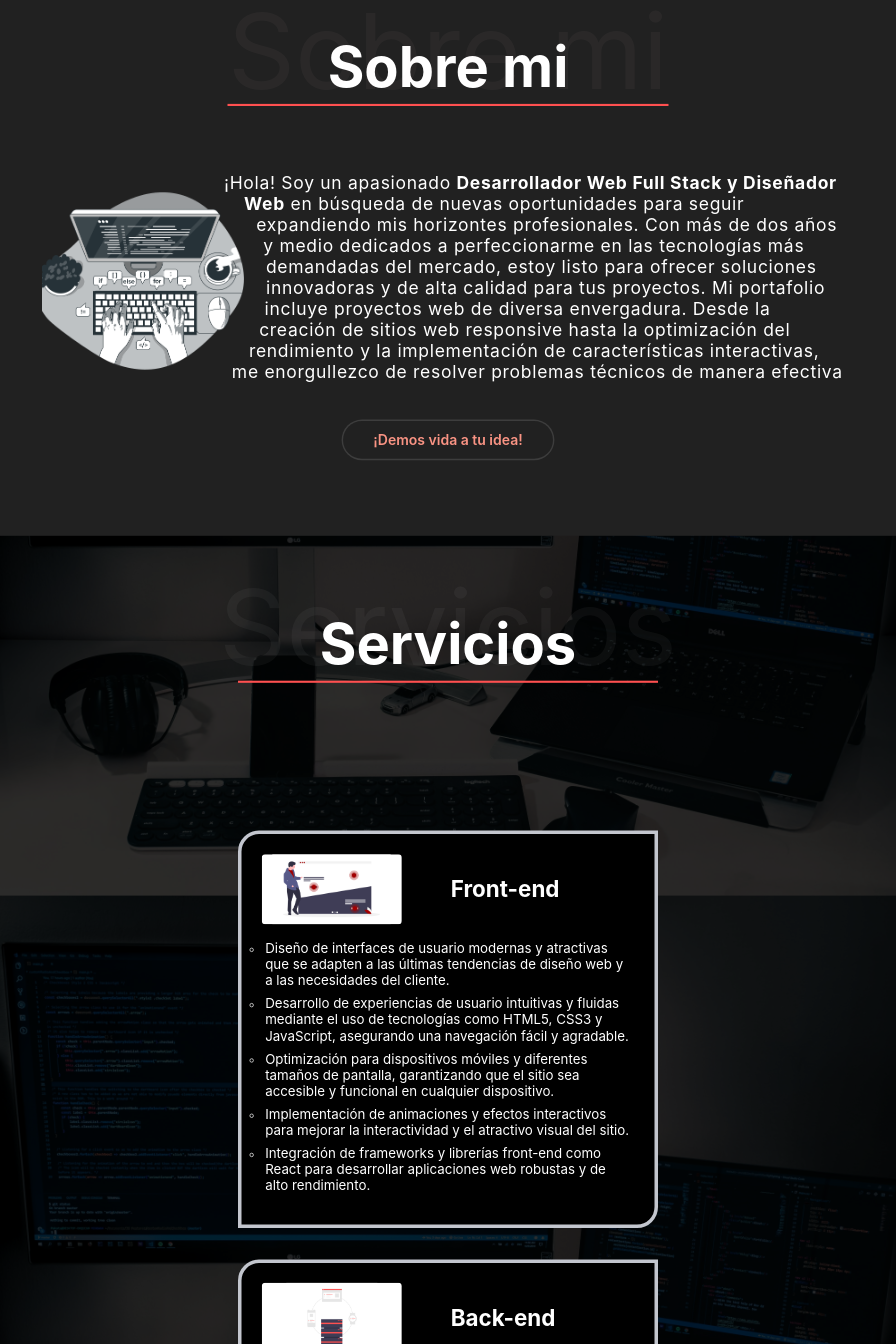
Repository: DamianBermudez94/DB-Porfolio
Page: /
The author's editor kept a copy of each file at every save. The page is drawn from the files as they stood at one save, then again after a run of saves.
The browser window is 1280 px wide. The pictures show the part of the page from y = 769 to 2689 px (the page is 5872 px tall before and 5962 px after), at 70% of full size.
Backgrounds fixed to the window are drawn as part of the page. Some web libraries are served in a nearby version. The project was rebuilt for these pictures with package versions that can differ from the ones it lists, and the page was loaded fresh each time. Also part of the build but not shown: vite.config.js, src/components/Conocimientos/styles.css, src/components/Conocimientos/Conocimientos.jsx, src/pages/AcerdaDe.jsx, src/components/Contacto/styles.css, src/components/Contacto/Contact.jsx, src/pages/contacto.jsx, src/data/trabajos.js and 4 more.

Above is the page before, as saved 2024-04-02 10:17:31.

### index.html
<!DOCTYPE html>
<html lang="es">
  <head>
    <meta charset="utf-8" />
    <meta name="viewport" content="width=device-width, initial-scale=1" />
    <meta name="geo.position" content="-35.1853171; -59.1479442" />
    <link
      rel="icon"
      type="image/png"
      sizes="32x32"
      href="./public/image/icons-favicon-DB.png"
    />
    <link
      rel="apple-touch-icon"
      type="image/png"
      sizes="32x32"
      href="./public/image/icons-favicon-DB.png"
    />

    <link rel="manifest" href="./src/manifiesto.json" />
    <title>Damián Bermúdez - Developer</title>
    <meta name="author" content="Damián Bermúdez" />
    <meta
      name="description"
      content="Desarrollador Web Full Stack - Diseñador Web - Paginás Web - Damián Bermúdez"
    />
    <meta name="theme-color" content="#000000" />
    <!--Estilos-->
    <script
      src="https://kit.fontawesome.com/bdbed0aafa.js"
      crossorigin="anonymous"
    ></script>
    <link rel="preconnect" href="https://fonts.gstatic.com" />
    <link rel="preconnect" href="https://fonts.gstatic.com" />
    <link rel="preconnect" href="https://fonts.gstatic.com" />
    <link rel="preconnect" href="https://fonts.gstatic.com" />
    <link
      href="https://fonts.googleapis.com/css2?family=Raleway:wght@200;300&family=Roboto:wght@100;300&display=swap"
      rel="stylesheet"
    />
  </head>
  <body>
    <div id="root"></div>
    <script type="module" defer src="/src/main.jsx"></script>
  </body>
</html>

### src/main.jsx
import ReactDOM from "react-dom/client";

import App from "./App";
import "./index.css";
const root = ReactDOM.createRoot(document.getElementById("root"));
root.render(<App />);

### src/App.jsx
import { useState, useEffect } from "react";
import { MisRutas } from "./routers/MisRutas";
import { BrowserRouter } from "react-router-dom";
import backgroundImage from "../public/image/banner-parallax2.jpg";
import "./App.css";
function App() {
  const [scrollPosition, setScrollPosition] = useState(0);

  useEffect(() => {
    const handleScroll = () => {
      setScrollPosition(window.pageYOffset);
    };

    window.addEventListener("scroll", handleScroll);

    return () => {
      window.removeEventListener("scroll", handleScroll);
    };
  }, []);

  return (
    <main className="content-main parallax-container">
      <div
        className="parallax-background"
        style={{
          backgroundImage: `url(${backgroundImage})`,
          backgroundPositionY: scrollPosition / 2 + "px",
        }}
      />
      <div className="parallax-content">
        <BrowserRouter>
          <MisRutas />
        </BrowserRouter>
      </div>
    </main>
  );
}

export default App;

### src/index.css
* {
  margin: 0;
  padding: 0;
  box-sizing: border-box;
}
body {
  font-family: -apple-system, BlinkMacSystemFont, "Segoe UI", "Roboto", "Oxygen",
    "Ubuntu", "Cantarell", "Fira Sans", "Droid Sans", "Helvetica Neue",
    sans-serif;
  -webkit-font-smoothing: antialiased;
  -moz-osx-font-smoothing: grayscale;
}

### src/routers/MisRutas.jsx
import {Routes, Route } from "react-router-dom";

import { Inicio } from "../pages/Inicio";
/*import { Servicios } from "../pages/Servicios";*/
import { AcerdaDe } from "../pages/AcerdaDe";
import { Contacto } from "../pages/contacto";
import { Proyectos } from "../pages/Proyecto";
import { Error } from "../components/Error";
import { NavHeader } from "../components/header/NavHeader";
import { Footer } from "../components/Footer/Footer";

export const MisRutas = () => {
  return (
    <div className="layout">
      {/*Header y navegacion*/}
      <NavHeader />
      {/*Contenido general*/}

      <Routes>
        <Route path="/" element={<Inicio />} />
        <Route path="/inicio" element={<Inicio />} />
        <Route path="/conocimientos" element={<AcerdaDe />} />
        <Route path="/contacto" element={<Contacto />} />
        <Route path="/proyecto" element={<Proyectos />} />
        <Route path="*" element={<Error />} />
      </Routes>

      {/* Footer*/}
      <Footer />
    </div>
  );
};

### src/App.css
.parallax-container {
  position: relative;
  overflow: hidden;
  color: #fff;


}
.parallax-background {
  position: absolute;
  top: 0;
  left: 0;
  width: 100%;
  height: 100%;
  background-size: cover;
  background-position: center;
  background-attachment: fixed;

}
.parallax-content {
 /* Agregamos una transición para suavizar la animación */
  padding-top: 150px;
  background-color: rgba(0, 0, 0, 0.8);
  position: relative;
  z-index: 1; /* Asegura que el contenido esté sobre la imagen de fondo */
}

### src/pages/Inicio.jsx
import { Home } from "../components/Home/Home";
export const Inicio = () => {
  return (
    <section>
      <Home />
    </section>
  );
};

### src/components/header/NavHeader.jsx
import { useState, useEffect } from "react";
import { NavLink } from "react-router-dom";
import "./NavHeader.css";
import BurguerButton from "./burgerButton";

export const NavHeader = () => {
  const [clicked, setClicked] = useState(false);
  const [scrolled, setScrolled] = useState(false);
  const handleClick = () => {
    //cuando esta true lo pasa a false y vice versa
    setClicked(!clicked);
  };
  useEffect(() => {
    const handleScroll = () => {
      if (window.scrollY > 50) {
        setScrolled(true);
      } else {
        setScrolled(false);
      }
    };

    window.addEventListener("scroll", handleScroll);

    // Limpiar el event listener en el desmontaje del componente
    return () => {
      window.removeEventListener("scroll", handleScroll);
    };
  }, []);

  return (
    <header className={`header ${scrolled ? "scrolled" : ""}`}>
      <div className="nav-content">
        <div className="logo">
          <NavLink to="/inicio">
            <img
              src={"/image/Logo-DB.png"}
              alt="Damian Bermudez desarrollador web"
            ></img>
          </NavLink>
        </div>

        <BurguerButton
          className="btn-menu"
          clicked={clicked}
          handleClick={handleClick}
        />
        <nav className={`menu ${clicked ? "active" : ""}`}>
          <ul>
            <li>
              <NavLink
                to="/inicio"
                onClick={handleClick}
                className={({ isActive }) => (isActive ? "active" : "")}
              >
                Inicio
              </NavLink>
            </li>
            <li>
              <NavLink
                to="/proyecto"
                onClick={handleClick}
                className={({ isActive }) => (isActive ? "active" : "")}
              >
                proyectos
              </NavLink>
            </li>
            <li>
              <NavLink
                to="/conocimientos"
                onClick={handleClick}
                className={({ isActive }) => (isActive ? "active" : "")}
              >
                conocimientos
              </NavLink>
            </li>
            <li>
              <NavLink
                to="/contacto"
                onClick={handleClick}
                className={({ isActive }) => (isActive ? "active" : "")}
              >
                contacto
              </NavLink>
            </li>
          </ul>
        </nav>
      </div>
    </header>
  );
};

### src/components/Footer/Footer.jsx

import './Footer.css'
export const Footer = () => {
  return (
    <footer className="footer">
      <div className="contenedor-footer container">
          <div className="footer-redes__sociales">
              <a href="https://www.facebook.com" className="link-redes_sociales" ><i className="fab fa-facebook facebook"></i></a>
              <a href="https://www.instagram.com" className="link-redes_sociales" ><i className="fab fa-instagram instagran"></i></a>
              <a href="https://www.linkedin.com" className="link-redes_sociales" ><i className="fab fa-linkedin linkedin"></i></a>
              <a href="https:/www.github.com" className="link-redes_sociales" ><i className="fab fa-github-square github"></i></a>
          </div>
          <hr className='footer-linea__separacion' />
          <div className="footer-text">
              <p className="title-copy">Hecho por<a className="title-footer" href="https://damianbermudezdev.es/">DB|WEB</a></p>
          </div>
      </div>
    </footer>
  )
}

### src/components/header/burgerButton.jsx
/* eslint-disable react/prop-types */

import styled from "styled-components";

function BurguerButton(props) {
  return (
    <Burguer>
      <div
        onClick={props.handleClick}
        className={`btn-menu nav-icon-5 ${props.clicked ? "open" : ""}`}
      >
        <span></span>
        <span></span>
        <span></span>
      </div>
    </Burguer>
  );
}

export default BurguerButton;

const Burguer = styled.div`
  /* nav-icon-5 */
  .nav-icon-5 {
    width: 35px;
    height: 30px;
    position: relative;
    cursor: pointer;
    display: flex;
    margin: 25px auto;
  }
  .nav-icon-5 span {
    background-color: #fff;
    position: absolute;
    border-radius: 2px;
    transition: 0.3s cubic-bezier(0.8, 0.5, 0.2, 1.4);
    width: 100%;
    height: 4px;
    transition-duration: 500ms;
  }
  .nav-icon-5 span:nth-child(1) {
    top: 0px;
    left: 0px;
  }
  .nav-icon-5 span:nth-child(2) {
    top: 13px;
    left: 0px;
    opacity: 1;
  }
  .nav-icon-5 span:nth-child(3) {
    bottom: 0px;
    left: 0px;
  }
  .nav-icon-5:not(.open):hover span:nth-child(1) {
    transform: rotate(-3deg) scaleY(1.1);
  }
  .nav-icon-5:not(.open):hover span:nth-child(2) {
    transform: rotate(3deg) scaleY(1.1);
  }
  .nav-icon-5:not(.open):hover span:nth-child(3) {
    transform: rotate(-4deg) scaleY(1.1);
  }
  .nav-icon-5.open span:nth-child(1) {
    transform: rotate(45deg);
    top: 13px;
  }
  .nav-icon-5.open span:nth-child(2) {
    opacity: 0;
  }
  .nav-icon-5.open span:nth-child(3) {
    transform: rotate(-45deg);
    top: 13px;
  }
  @media screen and (min-width: 960px) {
    .btn-menu {
      display: none;
    }
  }
`;

### src/components/Footer/Footer.css
.footer {
  min-height: 120px;
  line-height: 7px;
  text-align: center;
  font-size: 22px;
  padding: 45px;
  background-color: #212121;
}

.contenedor-footer {
  display: flex;
  flex-direction: column;
  justify-content: center;
  align-content: center;
  margin: 0 auto;
  padding: 20px;
}
.footer-text {
  display: flex;
  justify-content: center;
  align-items: center;
  padding: 10px;
  margin-top: 20px;
}
.title-copy {
  text-align: center;
  font-size: 26px;
  font-weight: 300;
}
.title-footer {
  text-decoration: none;
  color: rgb(252, 136, 136);
  margin-left: 5px;
}
.footer-linea__separacion{
  height: 1px;
  width: 100%;
  max-width: 700px;
  margin: 0 auto;


}
body.dark .title-copy {
  color: #f1f1f1;
}

.footer-redes__sociales {
  display: flex;
  justify-content: center;
  align-items: center;
  text-align: center;
  margin-bottom: 10px;
}
.link-redes_sociales {
  text-decoration: none;
  width: 50px;
  height: 50px;
  margin: 10px;
  color: rgb(255, 255, 255);
  background-color: rgb(28, 28, 28);
  border-radius: 10px;
  text-align: center;
  position: relative;
  transition: transform 0.4s;
  font-size: 26px;
  padding: 4px;
}
.link-redes_sociales:hover {
  transform: rotate(45deg);
}
.link-redes_sociales::before {
  content: "";
  position: absolute;
  width: 100%;
  height: 100%;
  opacity: 0;
  background-color: #373737;
  border-radius: 10px;
  transition: opacity 0.2s;
}
.link-redes_sociales:hover::before {
  opacity: 0.4;
}
.link-redes_sociales:nth-child(1)::before {
  background-color: rgb(255, 80, 80);
}
.link-redes_sociales:nth-child(2)::before {
  background-color: rgb(255, 80, 80);
}
.link-redes_sociales:nth-child(3)::before {
  background-color: rgb(255, 80, 80);
}
.link-redes_sociales:nth-child(4)::before {
  background-color: rgb(255, 80, 80);
}

.link-redes_sociales:hover::before {
  transform: translate(-4px, -4px);
  filter: blur(10px);
}

.link-redes_sociales i {
  font-size: 1.7em;
  transition: all 0.4s;
}
.link-redes_sociales:hover i {
  color: #f1f1f1;
  transform: rotate(-45deg);
}

body.dark .redes-sociales i {
  color: #f1f1f1;
}

### src/components/TextoCustom/CustomText.jsx
/* eslint-disable react/prop-types */
import  { useState, useEffect } from 'react';
import './styles.css';

const CustomText = ({ words, typingDelay = 200, changingDelay = 3000 }) => {
  const [index, setIndex] = useState(0);
  const [subIndex, setSubIndex] = useState(0);
  const [reverse, setReverse] = useState(false);

  // Efecto para manejar la escritura y eliminación de las palabras
  useEffect(() => {
    if (subIndex === words[index].length + 1 && !reverse) {
      setReverse(true);
      return;
    }

    if (subIndex === 0 && reverse) {
      setReverse(false);
      setIndex((prev) => (prev + 1) % words.length);
      return;
    }

    const timeout = setTimeout(() => {
      setSubIndex((prev) => prev + (reverse ? -1 : 1));
    }, typingDelay);

    return () => clearTimeout(timeout);
  }, [subIndex, index, reverse]);

  // Efecto para cambiar la palabra después de un cierto tiempo
  useEffect(() => {
    if (!reverse) {
      return;
    }

    const timeout = setTimeout(() => {
      setReverse(false);
      setIndex((prev) => (prev + 1) % words.length);
    }, changingDelay);

    return () => clearTimeout(timeout);
  }, [reverse]);

  return (
    <div className="typewriter">
      <span>{`${words[index].substring(0, subIndex)}${reverse ? '.' : ' '}`}</span>
    </div>
  );
};

export default CustomText;

### src/components/Home/styles.css
/**Estilos Home- Principal**/

.home-welcome {
  width: 100%;
  height: 600px;
  display: flex;
  flex-direction: column;
  justify-content: space-around;
  align-items: center;
  padding: 20px;
}
.container-home {
  width: 100%;
}
.container-home img {
  display: flex;
  justify-content: center;
  width: 250px;
  height: 250px;
  padding: 5px;
  margin: 0 auto;
  position: relative;
  border: solid 5px transparent;
}
.container-home figure {
  display: flex;
  justify-content: center;
  width: 250px;
  height: 250px;
  padding: 5px;
  margin: 0 auto;
  position: relative;
  border: 5px solid;
  border-radius: 50%;
  place-content: center;
  place-items: center;
  overflow: hidden;
}
.container-home figure::before {
  content: "";
  position: absolute;
  width: 150px;
  background-image: linear-gradient(360deg, rgb(241, 0, 0), rgb(255, 0, 0));
  height: 130%;
  animation: rotBGimg 3s linear infinite;
  transition: all 0.2s linear;
}

@keyframes rotBGimg {
  from {
    transform: rotate(0deg);
  }

  to {
    transform: rotate(360deg);
  }
}

.container-redes_inicio {
  display: block;
  padding-top: 25px;
  display: flex;
  align-items: center;
  justify-content: center;
}

.btn-cv {
  max-width: 100px;
  text-decoration: none;
  display: flex;
  justify-content: center;
  font-size: 20px;
  cursor: pointer;
  letter-spacing: 1px;
  color: rgb(255, 0, 0);
  background-color: transparent;
  outline: 2px solid rgb(255, 80, 80);
  border: none;
  border-radius: 8px;
  padding: 10px 20px;
  margin-left: 10px;
  position: relative;
  top: 0px;
  overflow: hidden;
  transition: color 1s;
}

.btn-cv:hover {
  color: #ffffff;
  z-index: 1;
}

.btn-cv::before {
  content: "";
  position: absolute;
  top: 0;
  left: -50px;
  width: 250%;
  height: 100%;
  background-color: rgba(255, 85, 85, 0.5);
  border: none;
  outline: 3px solid rgb(0, 0, 0);
  transform: scaleX(0) skewX(35deg);
  transform-origin: left;
  z-index: -1;
  transition: transform 1s;
}

.btn-cv:hover::before {
  transform: scaleX(1) skewX(35deg);
}
.content-proyectos__inicio {
  display: flex;
  justify-content: center;
  align-items: center;
  flex-direction: column;
  padding: 50px;
}

.content-proyectos__inicio h2 {
  margin-bottom: 80px;
  font-size: 40px;
  text-align: center;
}
@media (max-width: 960px) {
  .home .title-welcome .title-custom {
    width: 100%;
  }
  .title-welcome span {
    width: 100%;
  }
}

@media (max-width: 670px) {
  .title-welcome {
    margin-left: 20px;
  }
  .container-redes_inicio {
    padding: 5px;
    margin-left: 0px;
  }
}
@media (max-width: 480px) {
  .title-welcome {
    margin-left: 20px;
  }
  .container-redes_inicio {
    padding: 5px;
    margin-left: 0px;
  }
  .container-redes_inicio {
    flex-wrap: wrap;
  }
}

/**Estilos section Sobre mi**/
.section-me {
  padding: 60px;
  margin: 0 auto;
  display: flex;
  flex-direction: column;
  justify-content: center;
  align-items: center;
  background-color: #212121;
}
.content-title {
  height: 200px;
  text-align: center;
}

.section-me .title-sobre__me {
  margin: 0;
  padding: 5px;
  font-size: 80px;
  color: rgb(255, 255, 255);
  border-bottom: 3px solid rgb(255, 80, 80);
}
.section-me .sub-title {
  position: relative;
  opacity: 0.04;
  font-size: 150px;
  top: -170px;
  right: 0;
  color: rgb(253, 214, 214);
  overflow: hidden;
}
.container-me {
  width: 100%;
  display: flex;
  flex-direction: column;
  justify-content: center;
  align-items: center;
  margin: 0 auto;
}

.container-me article img {
  width: 20rem;
  height: 20rem;
  float: left;
  object-fit: cover;
  object-position: -20px 0px;
  shape-outside: circle(50%);
}

.section-me article p {
  margin: 0 auto;
  padding: 5px;
  font-size: 25px;
  letter-spacing: 1px;
}

.container-me .enlace-contacto {
  width: 300px;
  text-decoration: none;
  color: #fa9484;
  position: relative;
  display: grid;
  grid-column: span 2;
  padding: 15px;
  margin: 50px auto 50px;
  text-align: center;
  opacity: 1;
}

.enlace-contacto {
  position: relative;
  display: inline-block;
  padding: 12px 24px;
  border: none;
  font-size: 16px;
  background-color: inherit;
  border-radius: 100px;
  font-weight: 600;
  color: #ffffff40;
  box-shadow: 0 0 0 2px #ffffff20;
  cursor: pointer;
  overflow: hidden;
  transition: all 0.6s cubic-bezier(0.23, 1, 0.32, 1);
}

.enlace-contacto span:last-child {
  position: absolute;
  top: 50%;
  left: 50%;
  transform: translate(-50%, -50%);
  width: 20px;
  height: 20px;
  background-color: rgb(252, 98, 98);
  border-radius: 50%;
  opacity: 0;
  transition: all 0.8s cubic-bezier(0.23, 1, 0.32, 1);
}

.enlace-contacto span:first-child {
  width: 100%;
  position: relative;
  z-index: 1;
  font-size: 20px;
}

.enlace-contacto:hover {
  box-shadow: 0 0 0 5px #f3212160;
  color: #ffffff;
}

.enlace-contacto:active {
  scale: 0.95;
}

.enlace-contacto:hover span:last-child {
  width: 100%;
  height: 200px;
  opacity: 1;
}

.square {
  position: absolute;
  top: 50%;
  left: 50%;
  transform: translate(-50%, -50%);
  width: 50px;
  height: 50px;
  background: linear-gradient(#f70000, #757575);
  z-index: 2;
}

.circle {
  position: absolute;
  top: 50%;
  left: 50%;
  transform: translate(-50%, -50%);
  width: 50px;
  height: 50px;
  background: #d91c1c;
  border-radius: 50%;
}

.triangle {
  position: absolute;
  top: 50%;
  left: 50%;
  transform: translate(-50%, -50%);
  width: 50px;
  height: 50px;
  background: #f5f5f5;
  clip-path: polygon(50% 0%, 0% 100%, 100% 100%);
  -webkit-clip-path: polygon(50% 0%, 0% 100%, 100% 100%);
}

@media (max-width: 1280px) {
  .section-me div {
    display: block;
  }
}

@media (max-width: 780px) {
  .section-me {
    padding: 20px;
  }
  .section-me ul {
    text-align: center;
  }
  .section-me ul li span {
    font-size: 80px;
  }
  .section-me figure {
    max-width: 300px;
  }
  .section-me img {
    width: 300px;
    height: 300px;
  }
  .section-me .title-sobre__me {
    font-size: 45px;
  }
  .section-me .sub-title {
    font-size: 100px;
    top: -110px;
  }
}
@media (max-width: 480px) {
  .section-me .title-sobre__me {
    margin-top: 50px;
    font-size: 45px;
  }
  .section-me .sub-title {
    font-size: 80px;
    top: -100px;
  }
}

/**--Seccion motivos--**/

.article-section__motivos {
  width: 100%;
  padding: 50px;
  border-radius: 10px;
  margin: 50px auto;
  display: grid;
  grid-template-columns: repeat(3, 1fr);
  gap: 20px;
}

.article-section__motivos h2 {
  grid-column: span 3;
  text-align: center;
  margin-bottom: 50px;
  font-size: 60px;
}

.article-section__motivos article {
  display: flex;
  justify-content: center;
  align-items: center;
  flex-direction: column;
  margin-bottom: 20px;
  width: 300px;
  height: 400px;
  background-color: #212121;
  border-radius: 30px 0px 30px 0px;
  padding: 10px;
  margin: 0 auto;
}

.article-section__motivos h3 {
  font-size: 2.5em;
  margin-bottom: 10px;
  text-align: center;
  font-weight: bold;
}

.article-section__motivos p {
  line-height: 1.5;
  padding: 5px;
}

### src/components/TextoCustom/styles.css
.typewriter span {

    display: flex;
    align-items: center;
    justify-content: center;
    font-size: 35px;
    font-family: monospace;
    overflow: hidden;
    white-space: nowrap;
    padding: 20px;
  }

  .typewriter span:after {
    content: '|';
    animation: blink-caret .75s step-end infinite;
    color: #fa9484;
  }

  @keyframes blink-caret {
    from, to { border-color: transparent }
    50% { border-color: black }
  }

  @media (max-width: 780px) {
    .typewriter span {
       font-size: 30px;
      }
  }
  @media (max-width: 780px) {
    .typewriter span {
       font-size: 20px;
      }
  }

Loaded but not shown: src/components/Servicios/Service.jsx (334 lines, source omitted); src/components/Home/Home.jsx (143 lines, source omitted); src/components/Servicios/styles.css (180 lines, source omitted); src/components/header/NavHeader.css (151 lines, source omitted)

After the next 2 saves:
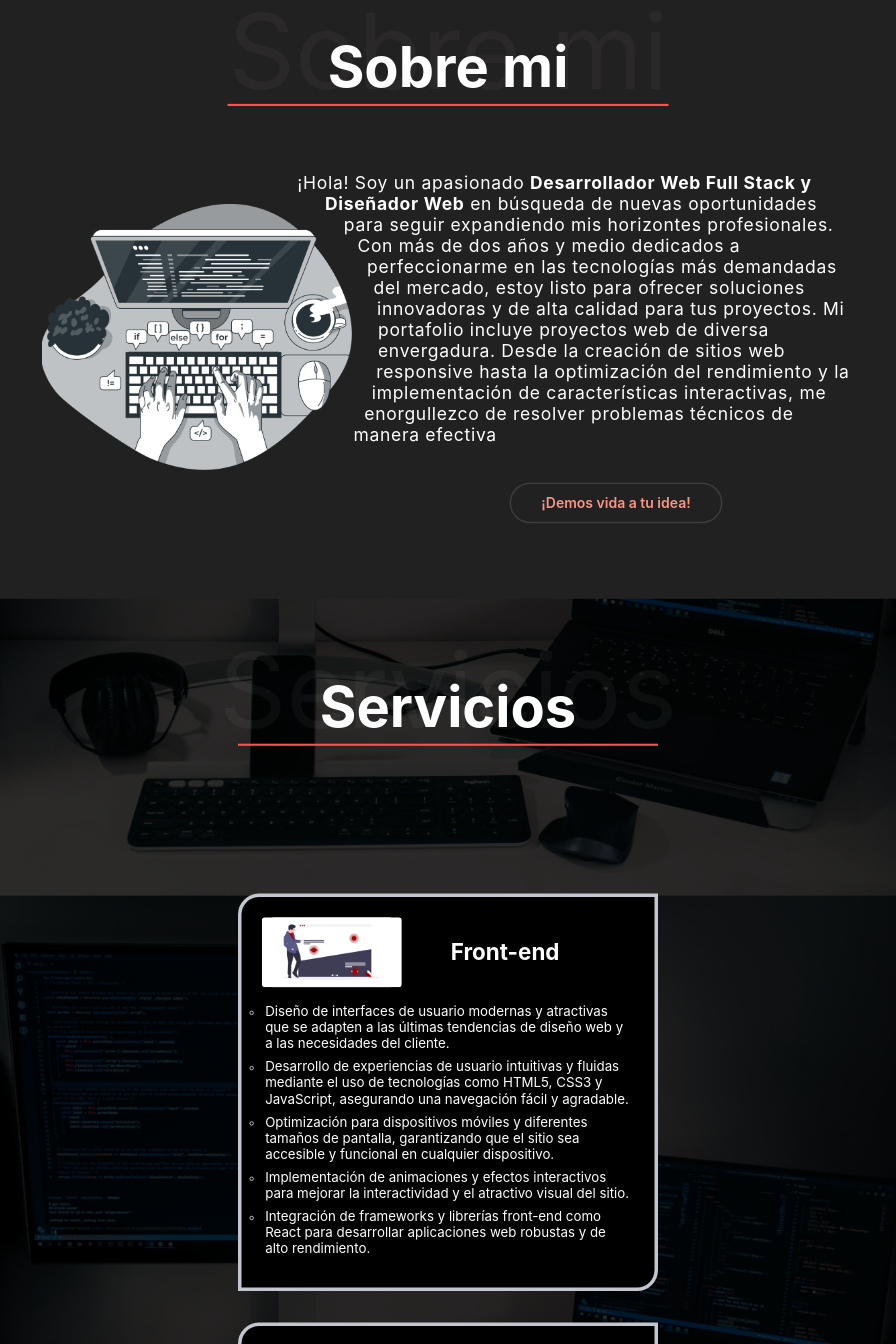
The 2 saves are shown as one change because they came seconds apart.
The last was saved 36 s later.
--- a/src/components/Home/styles.css
+++ b/src/components/Home/styles.css
@@ -194,8 +194,8 @@
 }
 
 .container-me article img {
-  width: 20rem;
-  height: 20rem;
+  width: 30rem;
+  height: 30rem;
   float: left;
   object-fit: cover;
   object-position: -20px 0px;
